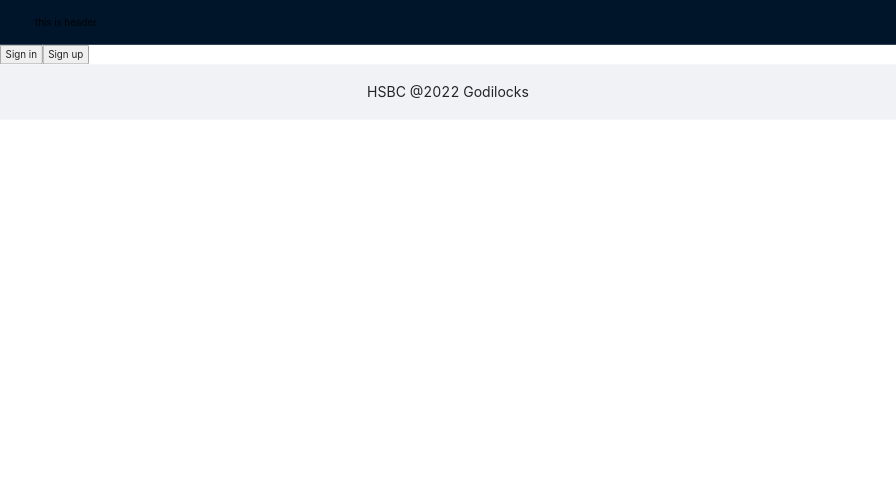
Repository: Zoe-XJ-Zhang/Goldilocks
Page: /
These files come from the project's save history. The page is drawn as it stood at one moment and after the next save; the edit follows.
The browser window is 1280 px wide. The pictures show the part of the page from y = 0 to 1920 px (the page is 720 px tall before and 2803 px after), at 70% of full size.
The project was rebuilt for these pictures with package versions that can differ from the ones it lists, and the page was loaded fresh each time. Also part of the build but not shown: src/page/roadmapPage/roadmapPage.js, src/page/aboutPage/aboutPage.js.

Above is the page before, as saved 2022-08-31 15:06:51.

### public/index.html
<!DOCTYPE html>
<html lang="en">
  <head>
    <meta charset="utf-8" />
    <link rel="icon" href="./logo.jpg" />
    <meta name="viewport" content="width=device-width, initial-scale=1" />
    <meta name="theme-color" content="#000000" />
    <meta
      name="description"
      content="Web site created using create-react-app"
    />
    <title>Goldilocks</title>
  </head>
  <body>
    <noscript>You need to enable JavaScript to run this app.</noscript>
    <div id="root"></div>
  </body>
</html>

### src/App.js
import "./App.css";
import { Layout } from "antd";
import { Route, Routes } from "react-router-dom";
import HomePage from "./page/homePage/homePage";
import RoadmapPage from "./page/roadmapPage/roadmapPage";
import AboutPage from "./page/aboutPage/aboutPage";

const { Header, Footer, Content } = Layout;

function App() {
  return (
    <div className="App">
      <Header>this is header</Header>
      <Content>
        <Routes>
          <Route path="/*" element={<HomePage />}></Route>
          <Route path="/home" element={<HomePage />}></Route>
          <Route path="/roadmap" element={<RoadmapPage />}></Route>
          <Route path="/aboutus" element={<AboutPage />}></Route>
        </Routes>
      </Content>
      <Footer style={{
            textAlign: 'center',
            fontSize:'20px',
          }}>HSBC @2022 Godilocks</Footer>
    </div>
  );
}

export default App;

### src/page/homePage/homePage.js
import React from 'react';
import './homePage.css';

import homepage from '../../images/home_page.png'
const HomePage = () => {
    return (<div className='homepage'>
        <button className='signin'>Sign in</button><button className='signout'>Sign up</button>
        {/* <Image src={homepage}  alt="asd" title="QW"></Image> */}
        {/* <img src={homepage} alt="" /> */}
    </div>);

};

export default HomePage;

### src/page/homePage/homePage.css
img{
    width: 100%;
    height: 100%;
    object-fit: contain;
}

Loaded but not shown: src/index.js (common file); src/index.css (common file); src/reportWebVitals.js (common file); src/App.css (common file)

After the next save:
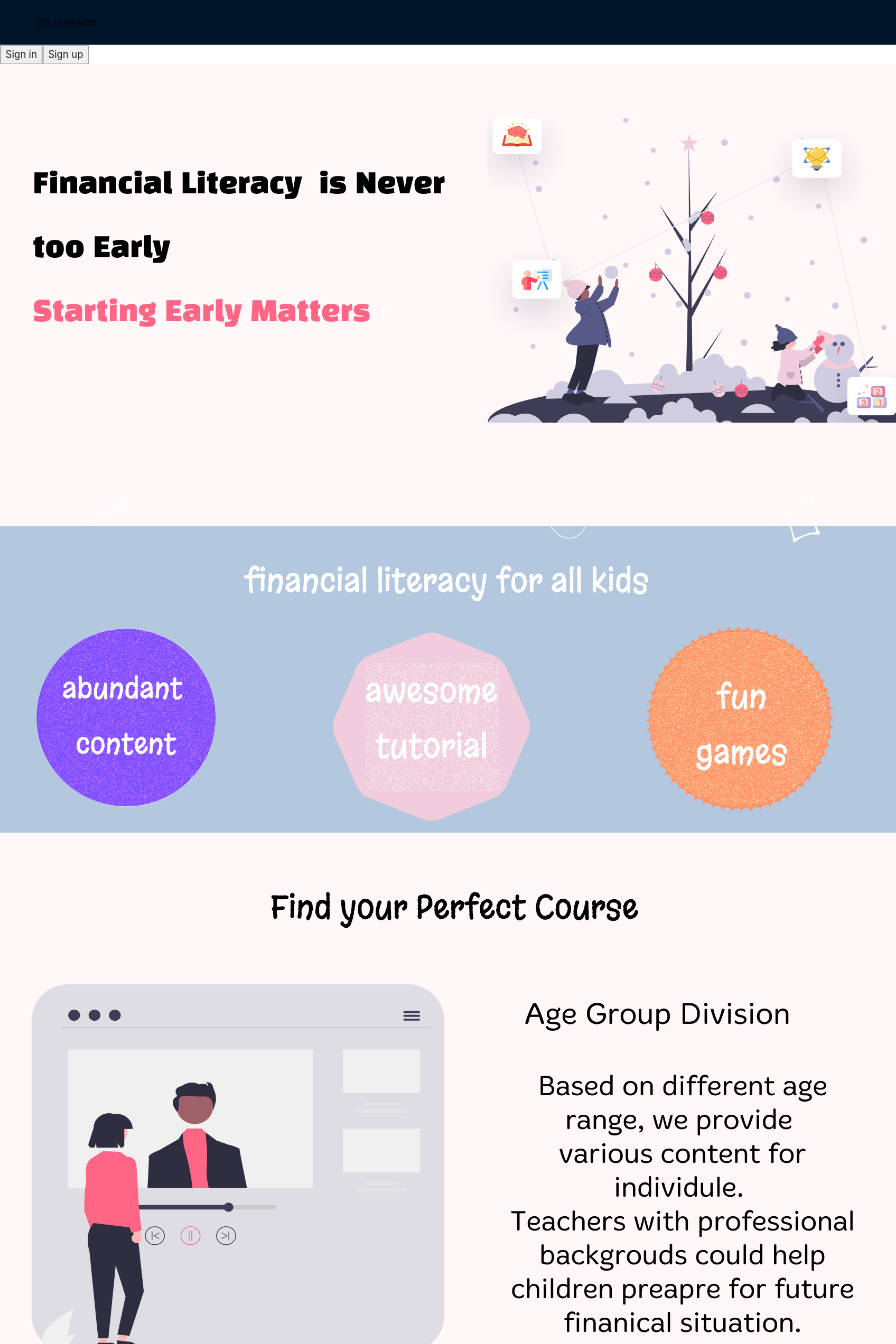
Saved 4 s later.
--- a/src/page/homePage/homePage.js
+++ b/src/page/homePage/homePage.js
@@ -6,7 +6,7 @@ const HomePage = () => {
     return (<div className='homepage'>
         <button className='signin'>Sign in</button><button className='signout'>Sign up</button>
         {/* <Image src={homepage}  alt="asd" title="QW"></Image> */}
-        {/* <img src={homepage} alt="" /> */}
+        <img src={homepage} alt="" />
     </div>);
 
 };
